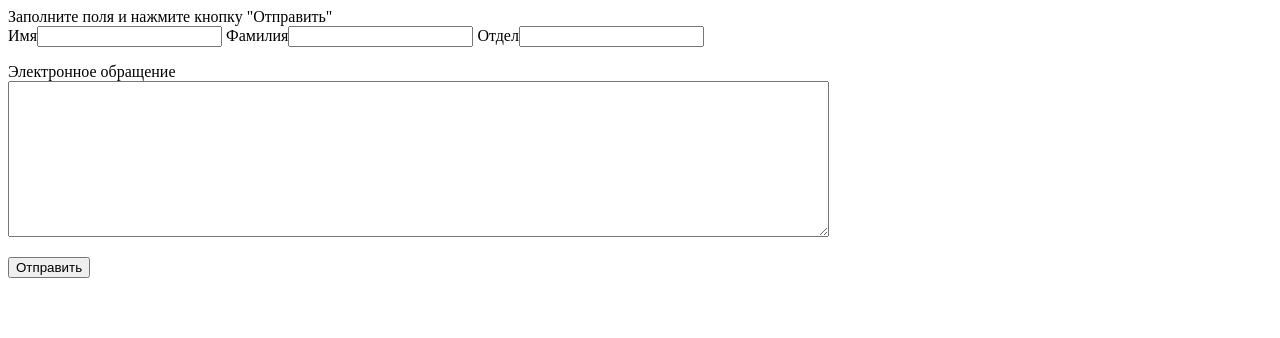
Repository: pitonby/monolitWebApp
Page: WebApp/WebContent/NewFile.html
These files come from the project's save history. The page is drawn as it stood at one moment and after the next save; the edit follows.
The browser window is 1280 px wide. The pictures show the whole page.

Above is the page before, as saved 2017-05-29 05:25:06.

After the next save:
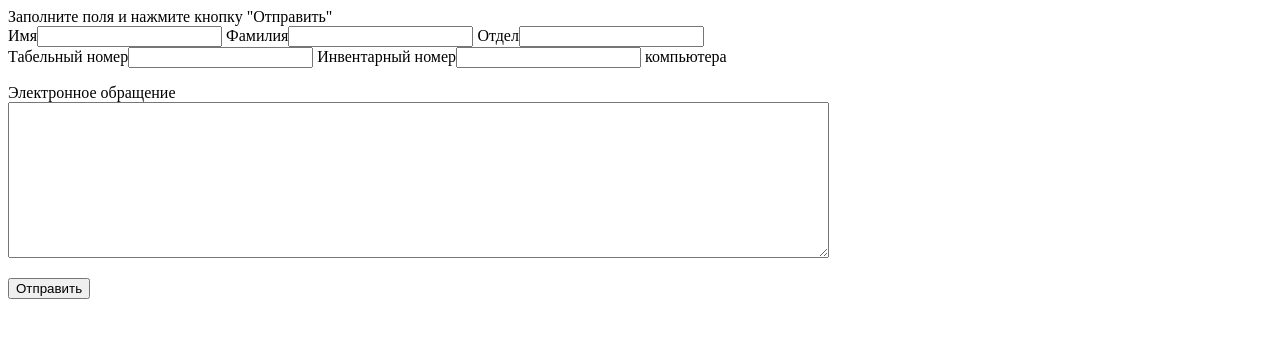
Saved 3 h 50 min later.
--- a/WebApp/WebContent/NewFile.html
+++ b/WebApp/WebContent/NewFile.html
@@ -9,7 +9,9 @@
 	<form method="POST" action="MyServlet">
 	Имя<input type="text" name="firstName">
 	Фамилия<input type="text" name="secondName">
-	Отдел<input type="text" name="department">
+	Отдел<input type="text" name="department"><Br>
+	Табельный номер<input type="text" name="id">
+	Инвентарный номер<input type="text" name="pcNumber"> компьютера
 	<p>Электронное обращение<Br>
    <textarea name="comment" cols="100" rows="10"></textarea></p>
 	<input type="submit" value="Отправить">
